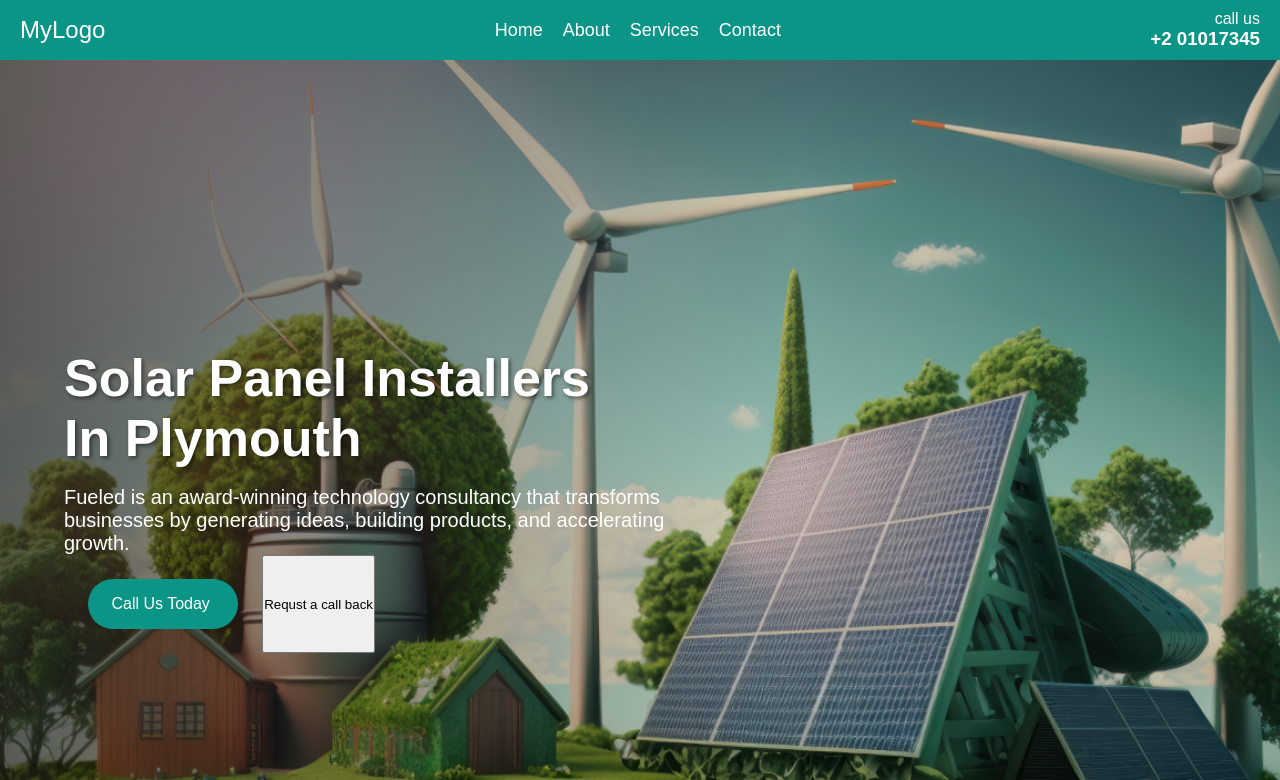
Repository: MaramNabil872/Landing-Page
Page: landingPage.html
The author's editor kept a copy of each file at every save. The page is drawn from the files as they stood at one save, then again after a run of saves.
The browser window is 1280 px wide. The pictures show the whole page.

Above is the page before, as saved 2024-10-20 20:46:12.

After the next 3 saves:
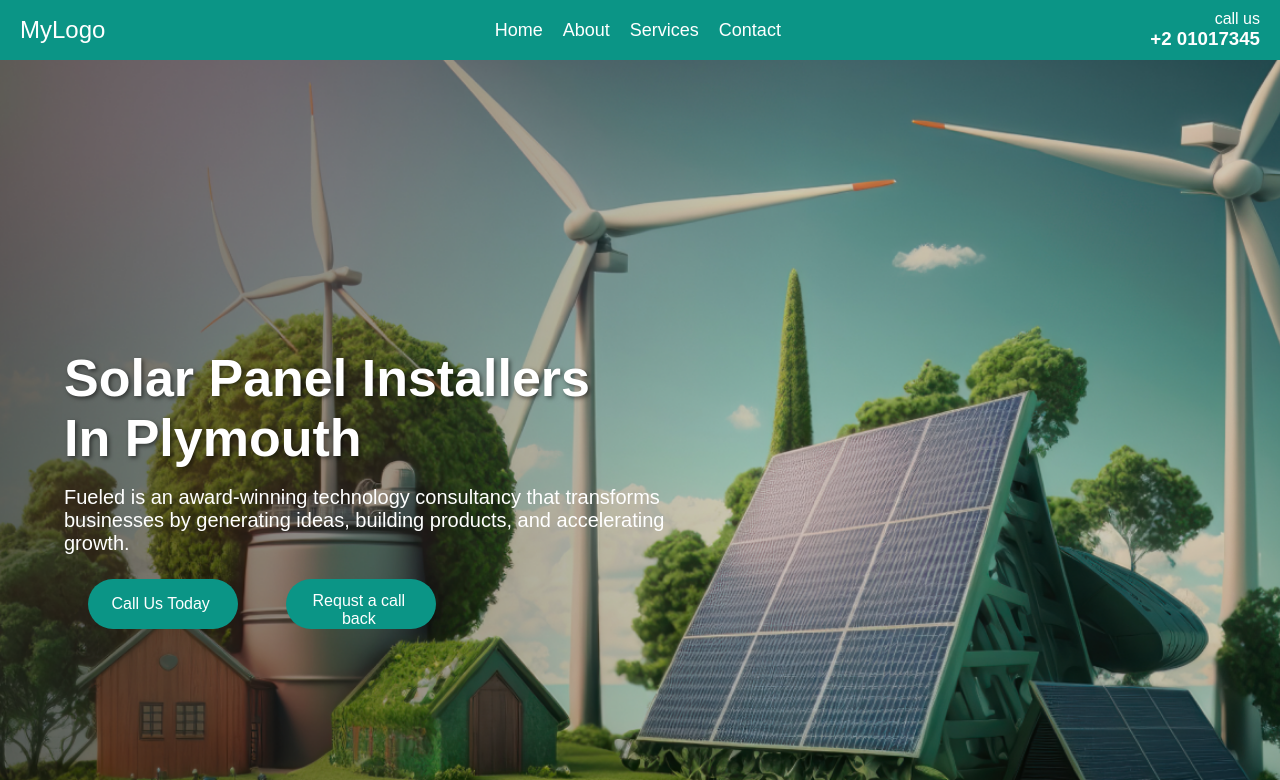
The 3 saves are shown as one change because they came seconds apart.
The last was saved 14 s later.
--- a/landingPage.css
+++ b/landingPage.css
@@ -96,6 +96,20 @@ body {
     align-items: center;
 
 }
+.button-wallpaper2 {
+    background-color: #0b9586;
+    color: white;
+    border: none;
+    border-radius: 20em;
+    padding: 0.8em 1.5em 0.8em 1.2em;
+    width: 25%;
+    margin: 4%;
+    height: 50px;
+    font-size: 16px;
+    cursor: pointer;
+    align-items: center;
+
+}
 
 
 /* Media Queries for Responsiveness */
